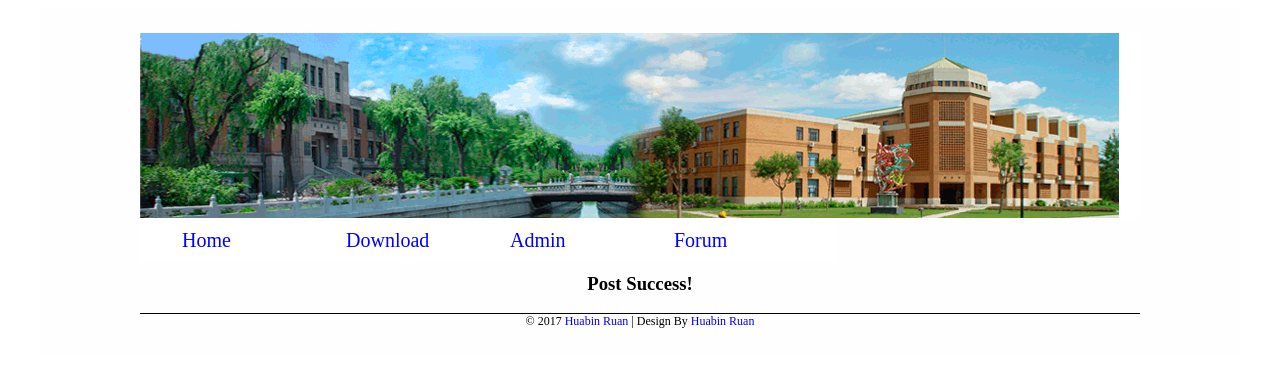
Repository: ruanhuabin/LifeSoftwareWebSite
Page: http://localhost/CryoEM/software_post_success.jsp
An editor plug-in stored every save of this project. The page is shown before and after the next save, followed by the edit.
The browser window is 1280 px wide. The pictures show the whole page.
The page is served by Tomcat 9. Nobody is signed in. The application's start-up code is not run. Other server files are loaded and not shown.

Above is the page before, as saved 2017-08-14 02:32:56.

### CryoEM/WebRoot/software_post_success.jsp
<%@ page language="java" import="java.util.*" pageEncoding="utf-8"%>
<%
String path = request.getContextPath();
String basePath = request.getScheme()+"://"+request.getServerName()+":"+request.getServerPort()+path+"/";
%>


<!DOCTYPE html PUBLIC "-//W3C//DTD XHTML 1.0 Transitional//EN" "http://www.w3.org/TR/xhtml1/DTD/xhtml1-transitional.dtd">
<html xmlns="http://www.w3.org/1999/xhtml">
<head>
<meta http-equiv="Content-Type" content="text/html; charset=utf-8" />
<link href="<%=basePath%>/style.css" rel="stylesheet" type="text/css" />
</head>
<body>


<div id="main-container">
<div id="header"></div>
<div id="navigation">
	<ul>
		<li><a href="<%=path%>/index.jsp">Home</font></a></li>
		<li><a href="<%=path%>/user/User_listSoftware.action">Download</a></li>
		<li><a href="<%=path%>/post/Admin_toAdmin.action">Admin</a></li>
		<li><a href="http://10.10.32.133/qa">Forum</a></li>
	</ul>
</div>
<script type="text/javascript">
		var index_plist = {
			obj : document.getElementById("navigation")
					.getElementsByTagName("li"),
			currObj : null,
			init : function() {
				for (i = 0; i < index_plist.obj.length; i++) {
					eval("index_plist.obj[i].getElementsByTagName('a')[0].onclick=function(){this.className='curr';if(index_plist.currObj){index_plist.currObj.className=''}index_plist.currObj=this}");
				}
			}
		};
		index_plist.init();
</script>


<br/>
<br/>

 <h3 align="center">
	 Post Success!
 </h3>


<div id="footer">&copy; 2017 <a href="mailto:ruanhuabin@tsinghua.edu.cn">Huabin Ruan</a> | Design By <a href="#">Huabin Ruan</a> </div>
</div>


</body>
</html>

### CryoEM/WebRoot/style.css
#header {height:185px; width:100%;background-image: url(images/banner.png);background-repeat: no-repeat; background-color:white;}
body
{
	background-color:white;
	font-family: "Times New Roman",Georgia,Serif
}
#footer {
	width:100%;
	border-top:  #000000 1px solid;
	text-align:center;
	font-size:12px;
	}


.form-div {
    /* border: 1px solid black; */
    margin-top: 50px;
    margin-bottom: 100px;
    margin-right: 150px;
    margin-left: 80px;
    background-color: white;
}

#admin-login-form {

   /*  margin-top: 50px;
    margin-bottom: 100px;
    margin-right: 150px;
    margin-left: 200px;
    background-color: white; */
    align: center

}



#content-div {
   /*  border: 1px solid black; */
    margin-top: 40px;
    margin-bottom: 100px;
    margin-right: 150px;
    margin-left: 0px;
    background-color: white;
}


#main-container {
	width:1000px;
	/* width:80% */
	border: #000000 0px solid;
	margin: 0 auto;
 	background-color:#FEFEFE;
   /*  background-color:white; */

    clear:both;
	padding:25px 100px;
	}

#leftbar {
	float:left;
	width:800px;
	border-right:1px solid #BCBDBC;
}

#rightbar {
	float:left;
	width:200px;
}

a
{
	text-decoration: none;
	color:blue;
}

a:hover
{
	color:red;
}
a:visited
{
	color: blue;
}

ul {margin-left: 0; padding-left: 40px;}
/* li {margin-left: 0; padding-left: 50px;} */

#navigation{list-style:none; text-align:left; font-size:20px; background:white; float:left}
#navigation li{width:160px; height:20px; line-height:0px; float:left; margin:2px; list-style:none;}
#navigation a{height:100%; display:block; text-decoration:none}
#navigation .curr{background:url(sub/images/nav_on.png); color:red;}

After the next save:
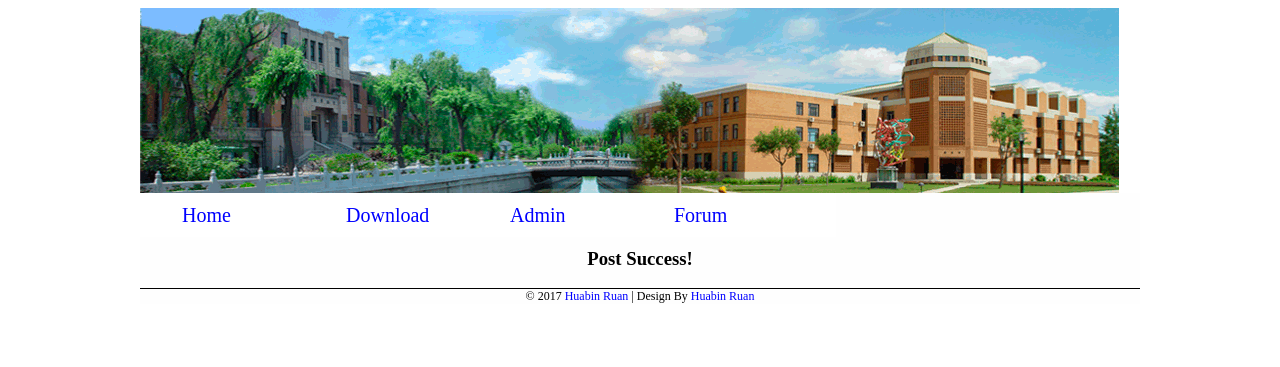
Saved 26 s later.
--- a/CryoEM/WebRoot/style.css
+++ b/CryoEM/WebRoot/style.css
@@ -53,7 +53,7 @@
    /*  background-color:white; */
 
     clear:both;
-	padding:25px 100px;
+	/* padding:25px 100px; */
 	}
 
 #leftbar {

After the save that followed:
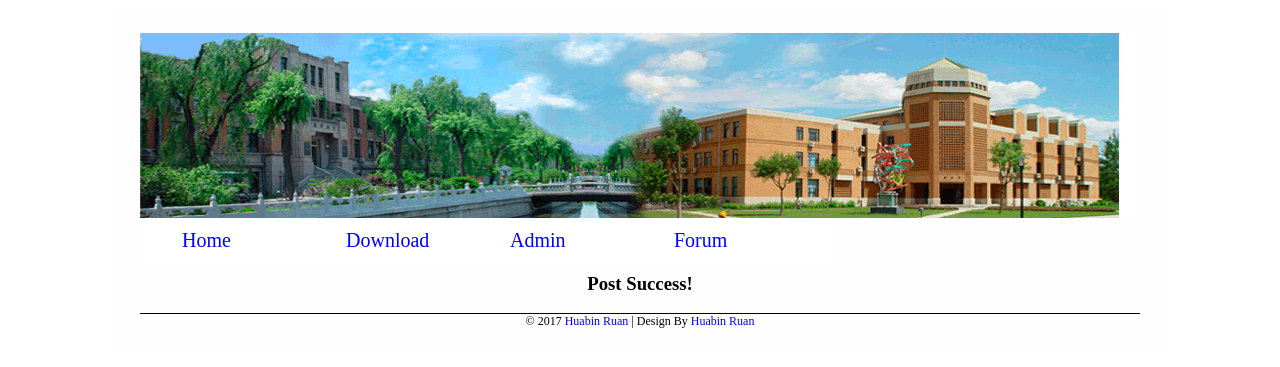
Saved 24 s later.
--- a/CryoEM/WebRoot/style.css
+++ b/CryoEM/WebRoot/style.css
@@ -54,6 +54,7 @@
 
     clear:both;
 	/* padding:25px 100px; */
+	padding:25px
 	}
 
 #leftbar {
